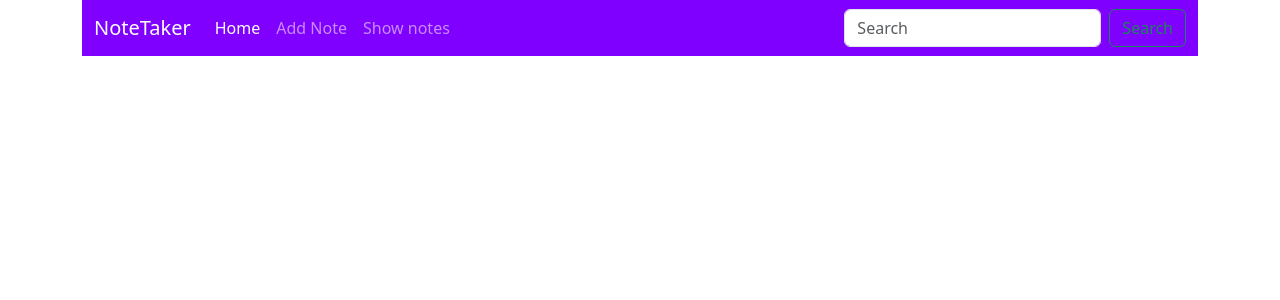
Repository: smritihbtu/Note-Maker
Page: http://localhost/NoteTaker/
The author's editor kept a copy of each file at every save. The page is drawn from the files as they stood at one save, then again after the next save.
The browser window is 1280 px wide. The pictures show the whole page.
The page is served by Tomcat 9.

Above is the page before, as saved 2023-08-19 16:19:05.

After the next save:
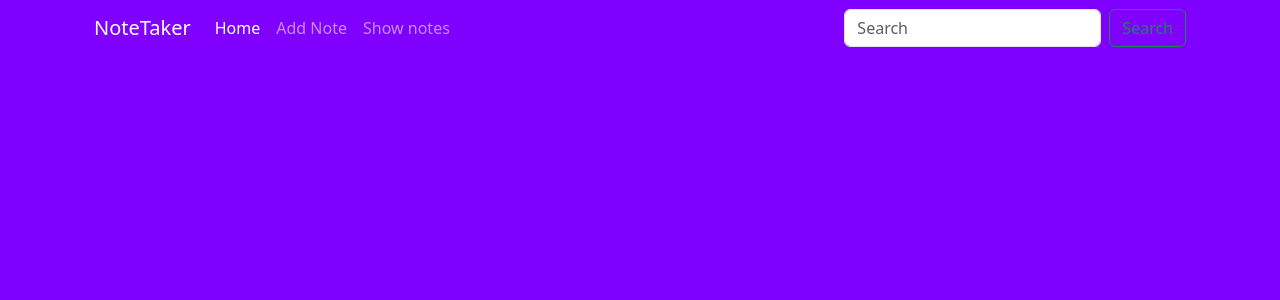
Saved 67 s later.
--- a/NoteTaker/src/main/webapp/index.jsp
+++ b/NoteTaker/src/main/webapp/index.jsp
@@ -8,7 +8,7 @@
   <link href="https://cdn.jsdelivr.net/npm/bootstrap@5.3.1/dist/css/bootstrap.min.css" rel="stylesheet" integrity="sha384-4bw+/aepP/YC94hEpVNVgiZdgIC5+VKNBQNGCHeKRQN+PtmoHDEXuppvnDJzQIu9" crossorigin="anonymous">
   </head>
 
-  <body class="body">
+  <body class="purple">
     <div class= "container">
     <%@include file="navbar.jsp" %>
 

After the save that followed:
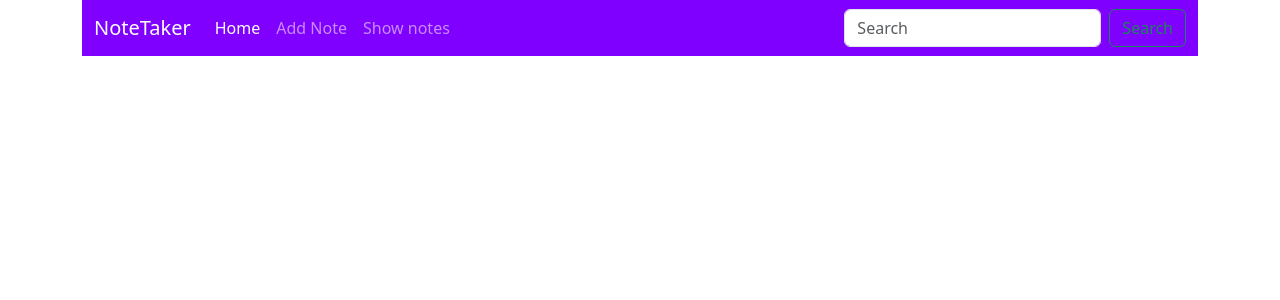
Saved 26 s later.
--- a/NoteTaker/src/main/webapp/index.jsp
+++ b/NoteTaker/src/main/webapp/index.jsp
@@ -8,7 +8,7 @@
   <link href="https://cdn.jsdelivr.net/npm/bootstrap@5.3.1/dist/css/bootstrap.min.css" rel="stylesheet" integrity="sha384-4bw+/aepP/YC94hEpVNVgiZdgIC5+VKNBQNGCHeKRQN+PtmoHDEXuppvnDJzQIu9" crossorigin="anonymous">
   </head>
 
-  <body class="purple">
+  <body>
     <div class= "container">
     <%@include file="navbar.jsp" %>
 
